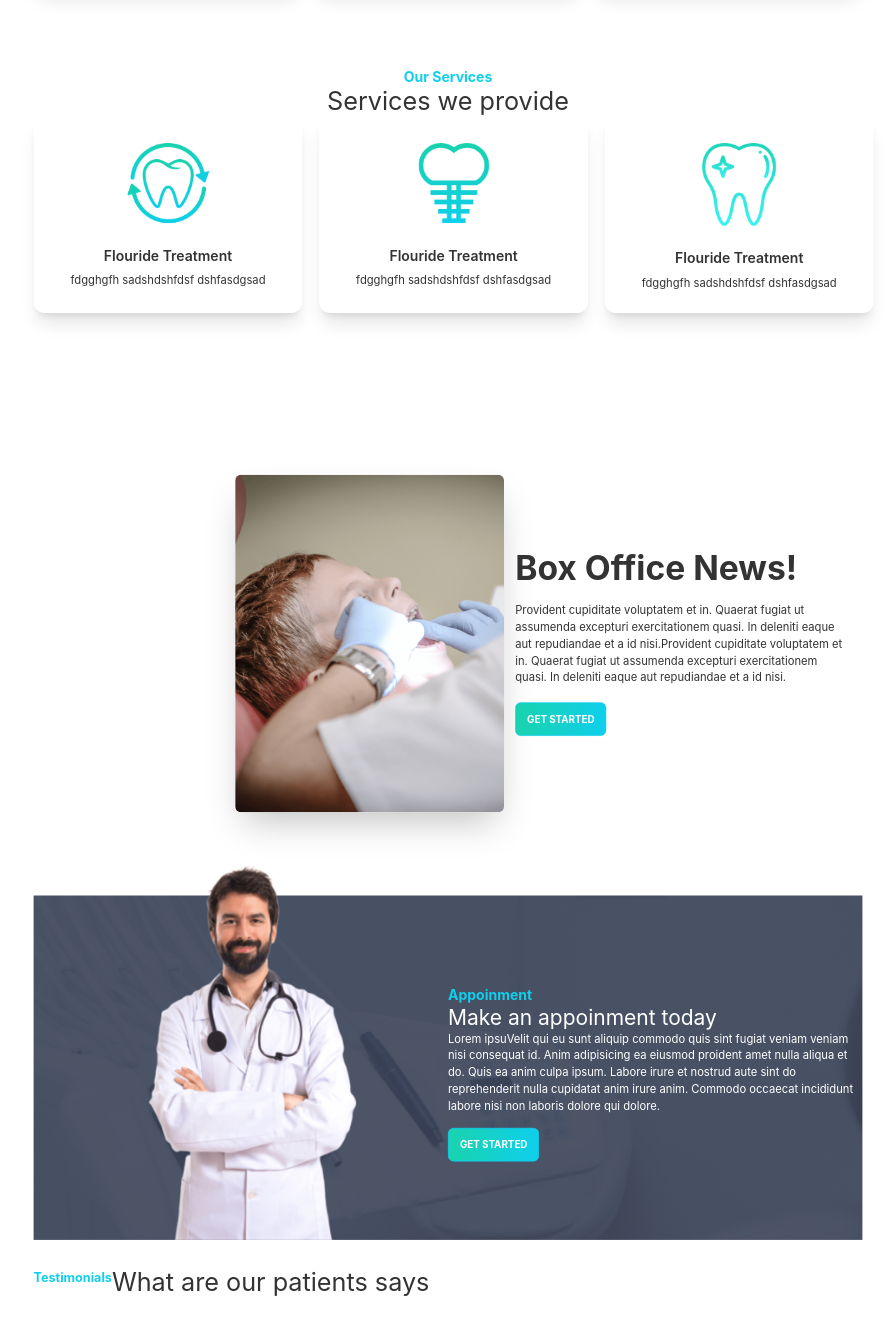
Repository: devsajid/doctors-portal-client
Page: /
These files come from the project's save history. The page is drawn as it stood at one moment and after the next save; the edit follows.
The browser window is 1280 px wide. The pictures show the part of the page from y = 955 to 2875 px (the page is 2847 px tall before and 2875 px after), at 70% of full size.
Backgrounds fixed to the window are drawn as part of the page. The project was rebuilt for these pictures with package versions that can differ from the ones it lists, and the page was loaded fresh each time. Also part of the build but not shown: src/App.css, src/Pages/About/About.js, src/Pages/Appoinment/Appoinment.js, src/Pages/Contact/Contact.js, src/Pages/Login/Login.js, src/Pages/Review/Review.js.

Above is the page before, as saved 2022-08-14 11:59:48.

After the next save:
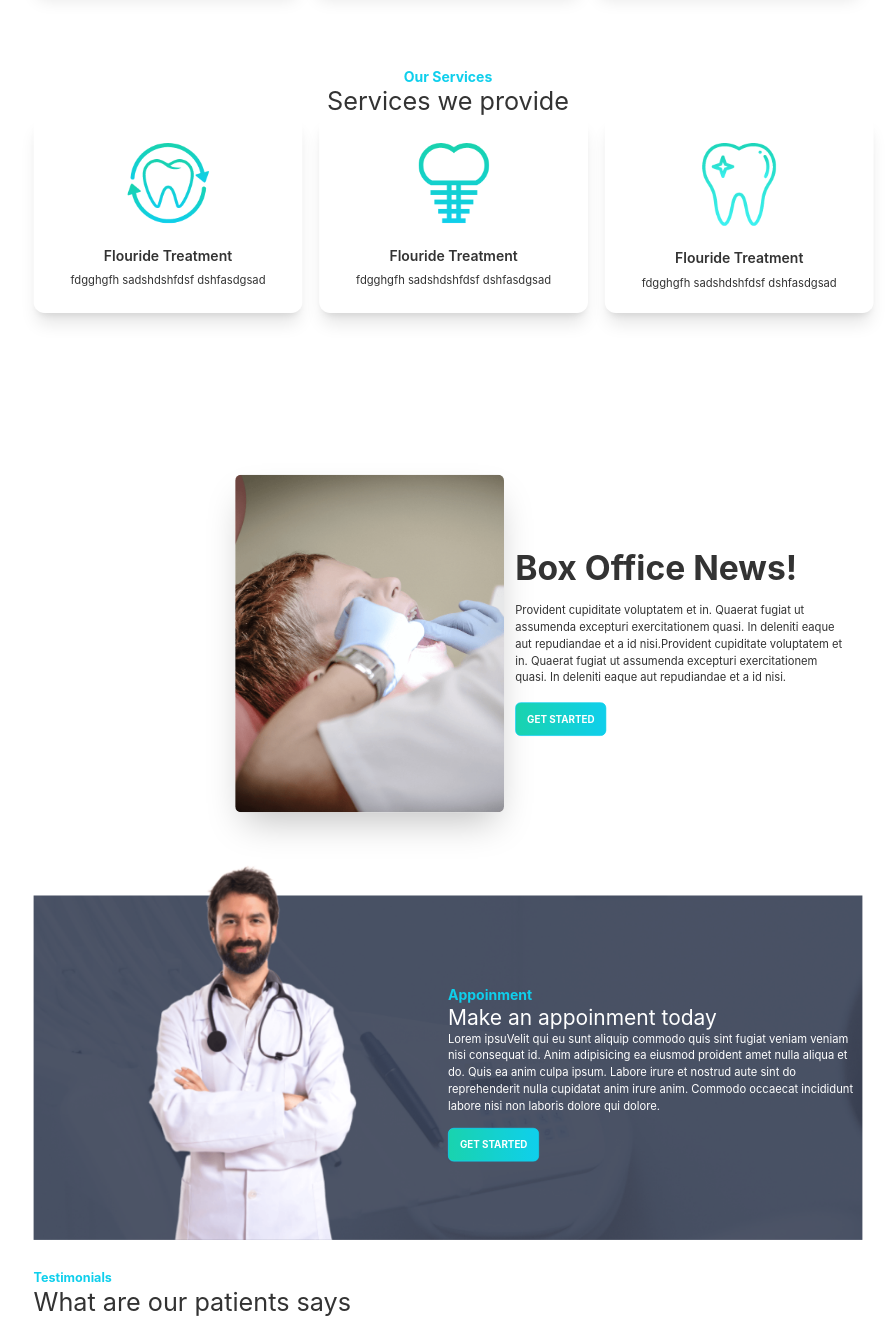
Saved 15 s later.
--- a/src/Pages/Home/Testimonials/Testimonials.js
+++ b/src/Pages/Home/Testimonials/Testimonials.js
@@ -13,9 +13,13 @@ const Testimonials = () => {
         //   backgroundPosition: "right",
         // }}
       >
-        <div></div>{" "}
-        <h5 className="text-primary text-lg font-bold">Testimonials</h5>
-        <h2 className="text-capitalize text-4xl">What are our patients says</h2>
+        <div>
+          {" "}
+          <h5 className="text-primary text-lg font-bold">Testimonials</h5>
+          <h2 className="text-capitalize text-4xl">
+            What are our patients says
+          </h2>
+        </div>{" "}
       </div>
 
       <div></div>
